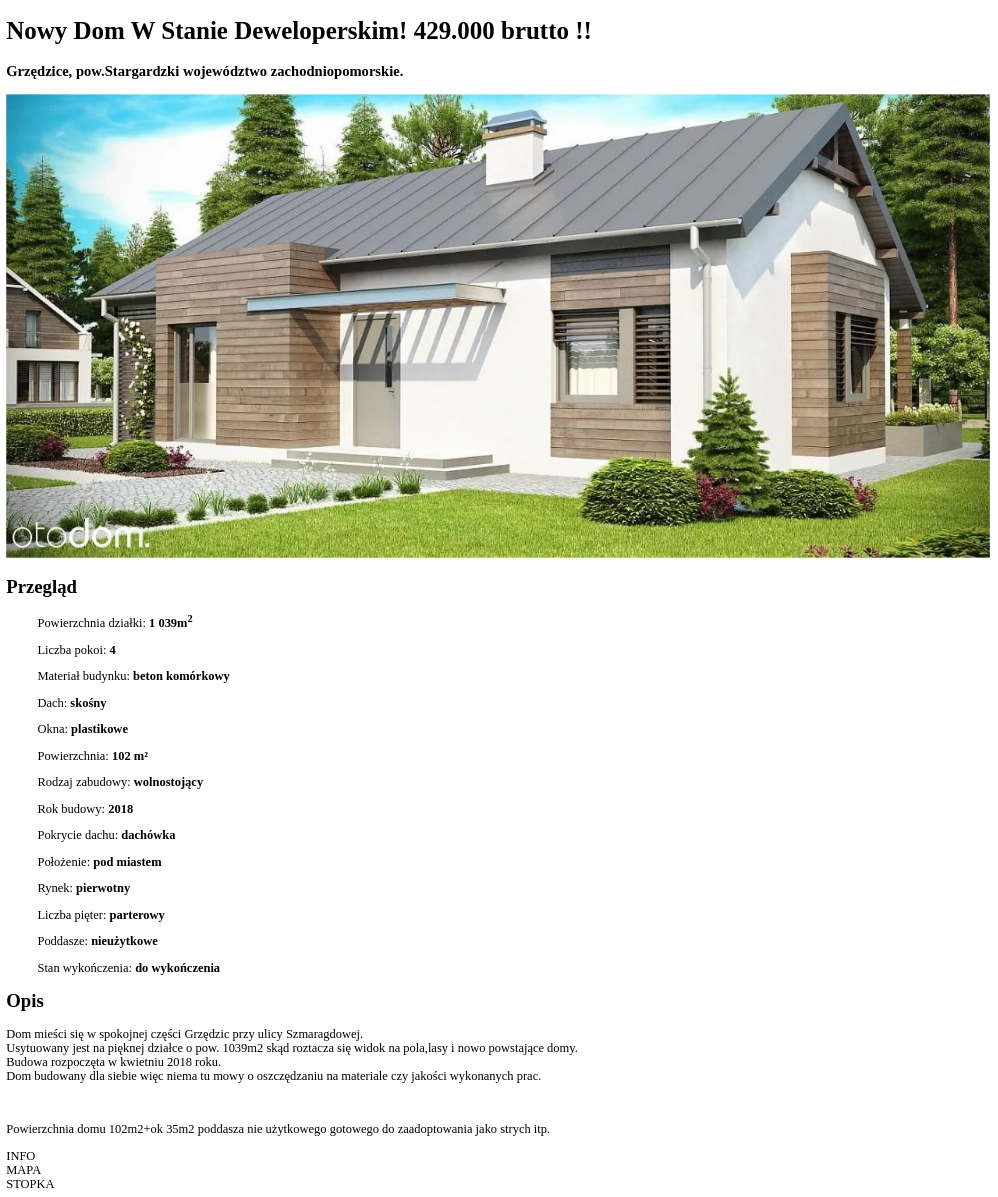
Repository: Slawek88/HomePage
Page: index.html
An editor plug-in stored every save of this project. The page is shown before and after a run of saves, followed by the edit.
The browser window is 1280 px wide. The pictures show the whole page, at 78% of full size.

Above is the page before, as saved 2019-02-28 13:06:43.

After the next 2 saves:
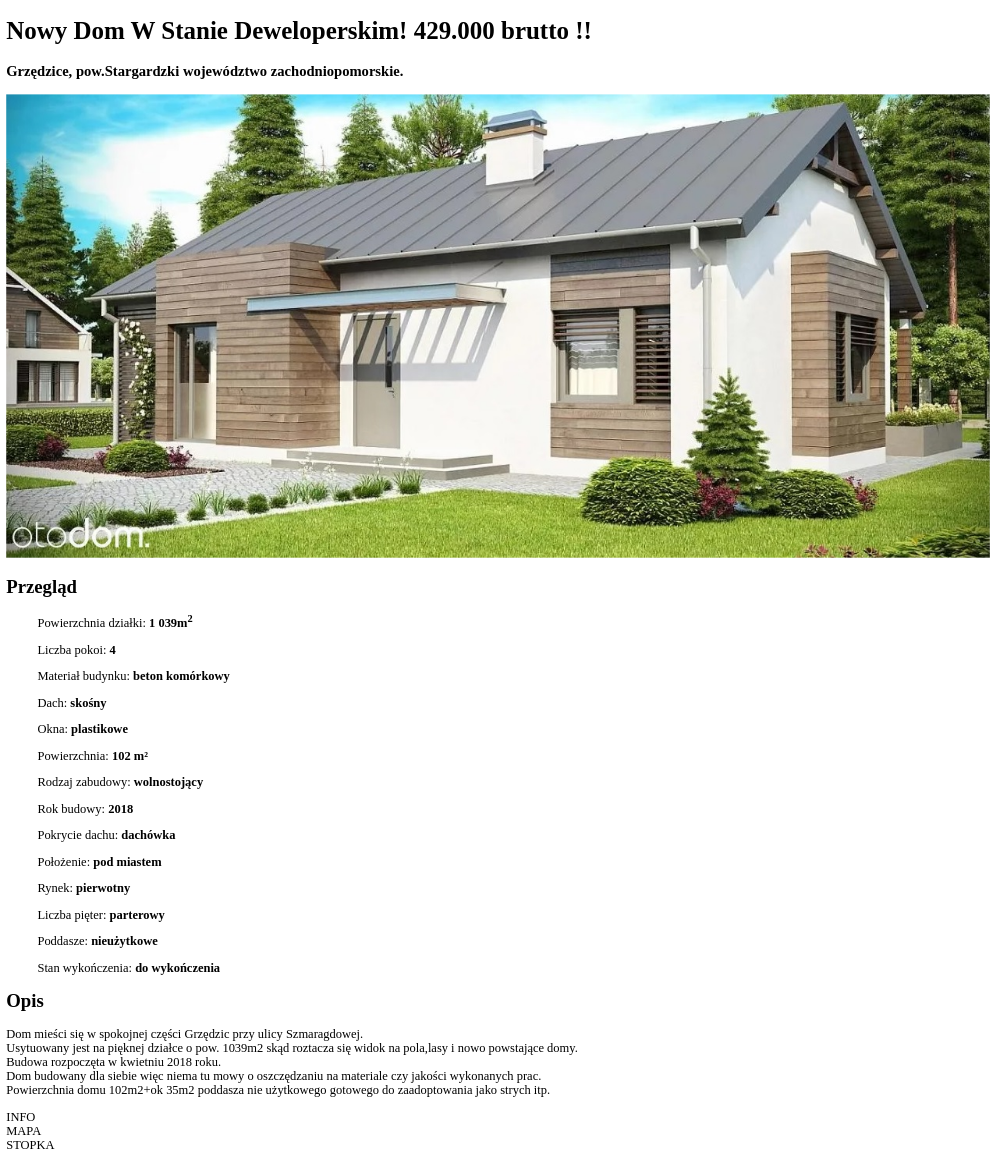
The 2 saves are shown as one change because they came seconds apart.
The last was saved 19 s later.
--- a/index.html
+++ b/index.html
@@ -90,9 +90,9 @@
             <br />
             Dom budowany dla siebie więc niema tu mowy o oszczędzaniu na
             materiale czy jakości wykonanych prac.
-          </p>
-          <br />
-          <p>
+
+            <br />
+
             Powierzchnia domu 102m2+ok 35m2 poddasza nie użytkowego gotowego do
             zaadoptowania jako strych itp.
           </p>
